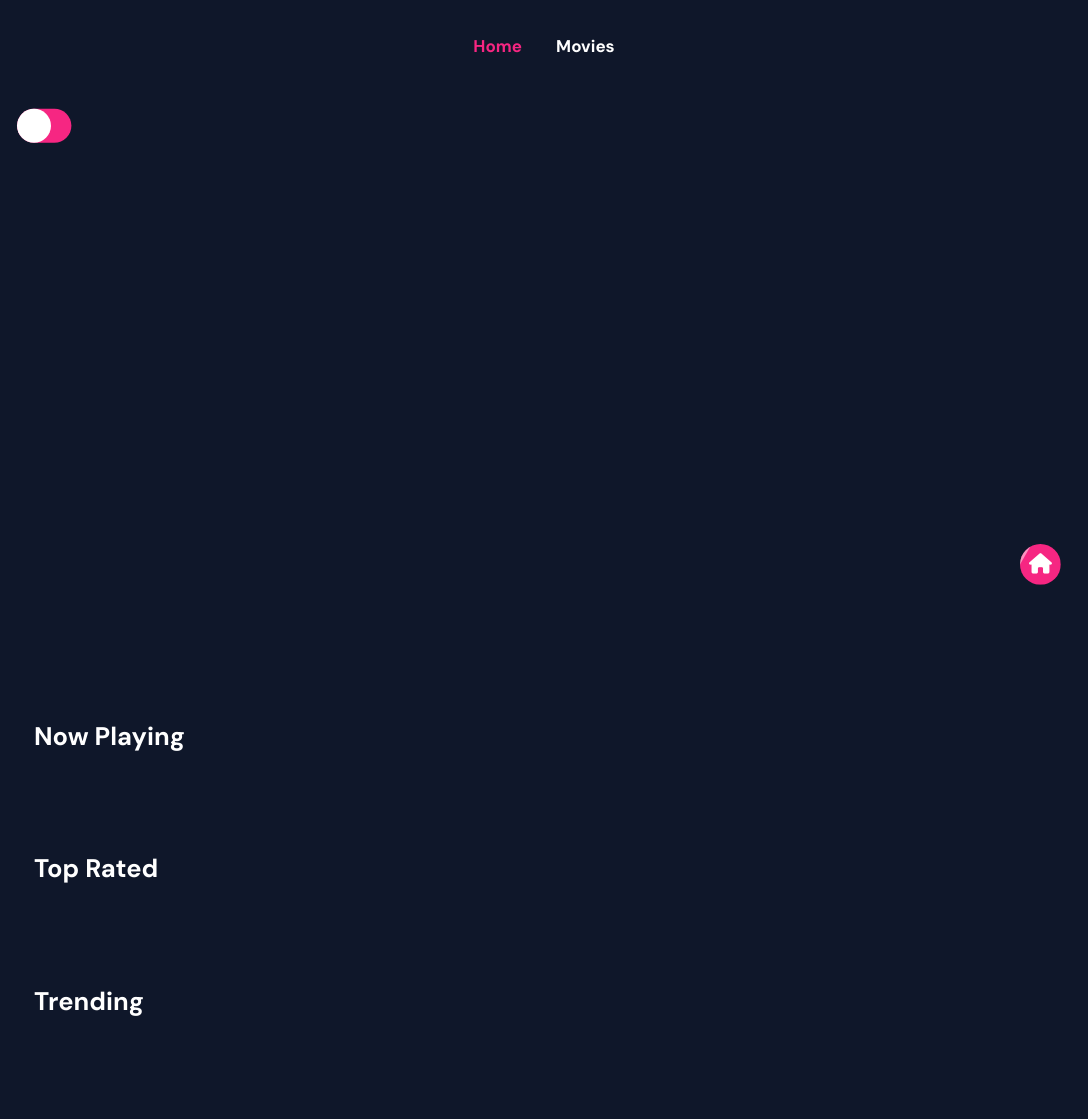
Repository: Linhyum/react-simple-movie
Page: /
The author's editor kept a copy of each file at every save. The page is drawn from the files as they stood at one save, then again after the next save.
The browser window is 1280 px wide. The pictures show the whole page, at 85% of full size.
The page's requests for data from a server got no answer. The project was rebuilt for these pictures with package versions that can differ from the ones it lists, and the page was loaded fresh each time. No one was signed in, and anything a server would have sent is missing. Also part of the build but not shown: src/components/button/Button.js, src/components/movie/MovieCard.js.

Above is the page before, as saved 2023-04-02 19:26:30.

### public/index.html
<!DOCTYPE html>
<html lang="en">
    <head>
        <meta charset="utf-8" />
        <link rel="icon" href="%PUBLIC_URL%/favicon.ico" />
        <meta name="viewport" content="width=device-width, initial-scale=1" />
        <meta name="theme-color" content="#000000" />
        <meta name="description" content="Web site created using create-react-app" />
        <link rel="apple-touch-icon" href="%PUBLIC_URL%/logo192.png" />
        <!--
      manifest.json provides metadata used when your web app is installed on a
      user's mobile device or desktop. See https://developers.google.com/web/fundamentals/web-app-manifest/
    -->
        <link rel="manifest" href="%PUBLIC_URL%/manifest.json" />
        <link
            rel="stylesheet"
            href="https://cdnjs.cloudflare.com/ajax/libs/font-awesome/6.4.0/css/all.min.css"
            integrity="sha512-iecdLmaskl7CVkqkXNQ/ZH/XLlvWZOJyj7Yy7tcenmpD1ypASozpmT/E0iPtmFIB46ZmdtAc9eNBvH0H/ZpiBw=="
            crossorigin="anonymous"
            referrerpolicy="no-referrer"
        />
        <!--
      Notice the use of %PUBLIC_URL% in the tags above.
      It will be replaced with the URL of the `public` folder during the build.
      Only files inside the `public` folder can be referenced from the HTML.

      Unlike "/favicon.ico" or "favicon.ico", "%PUBLIC_URL%/favicon.ico" will
      work correctly both with client-side routing and a non-root public URL.
      Learn how to configure a non-root public URL by running `npm run build`.
    -->
        <title>React App</title>
    </head>
    <body>
        <noscript>You need to enable JavaScript to run this app.</noscript>
        <div id="root"></div>
        <!--
      This HTML file is a template.
      If you open it directly in the browser, you will see an empty page.

      You can add webfonts, meta tags, or analytics to this file.
      The build step will place the bundled scripts into the <body> tag.

      To begin the development, run `npm start` or `yarn start`.
      To create a production bundle, use `npm run build` or `yarn build`.
    --></body>
</html>

### src/index.js
import React from "react";
import ReactDOM from "react-dom/client";
import "./index.scss";
import App from "./App";
import reportWebVitals from "./reportWebVitals";
import { BrowserRouter } from "react-router-dom";

const root = ReactDOM.createRoot(document.getElementById("root"));
root.render(
    <React.StrictMode>
        <BrowserRouter>
            <App />
        </BrowserRouter>
    </React.StrictMode>
);

// If you want to start measuring performance in your app, pass a function
// to log results (for example: reportWebVitals(console.log))
// or send to an analytics endpoint. Learn more: https://bit.ly/CRA-vitals
reportWebVitals();

### src/index.scss
@tailwind base;
@tailwind components;
@tailwind utilities;
@import url("https://fonts.googleapis.com/css2?family=DM+Sans:wght@400;500;700&display=swap");

@layer base {
    body {
        @apply bg-slate-900 font-body px-5 text-white;
    }

    .pagination {
        display: flex;
        align-items: center;
        justify-content: center;
        column-gap: 30px;
        font-size: 22px;
        font-weight: 500;
    }

    .pagination .active {
        @apply text-primary;
    }

    @media (max-width: 639px) {
        .moive-page {
            @apply grid-cols-1;
        }
    }

    :root {
        --swiper-theme-color: #f62682 !important;
        --swiper-pagination-bullet-inactive-color: #aaa !important;
        --swiper-pagination-bullet-inactive-opacity: 1;
    }
    .swiper-button-prev,
    .swiper-button-next {
        position: absolute !important;
        top: 50% !important;
        width: 60px !important;
        height: 60px !important;
        margin-top: -12.5px !important;
        z-index: 10 !important;
        cursor: pointer !important;
        border-radius: 50% !important;
        background: rgb(204, 204, 204, 0.7) !important;
        transition: all 0.3s ease !important;
        display: flex;
        justify-content: center !important;
        align-items: center !important;
        font-weight: 700 !important;
    }

    .swiper-button-prev {
        left: 0;
    }

    .swiper-button-next {
        right: 0;
    }

    .swiper-button-prev:hover,
    .swiper-button-next:hover {
        background: rgb(204, 204, 204) !important;
    }
    .movie-list .swiper-pagination {
        display: none;
    }

    @media (max-width: 1023px) {
        .banner .swiper-pagination {
            display: none !important;
        }
    }

    /* Tạo thanh cuộn */
    body::-webkit-scrollbar {
        width: 10px;
    }

    /* Tạo màu nền cho thanh cuộn */
    body::-webkit-scrollbar-track {
        background-color: #eee;
    }

    /* Tạo màu cho thanh cuộn */
    body::-webkit-scrollbar-thumb {
        background-color: #f62682;
        border-radius: 5px;
    }
    button {
        position: relative;
        overflow: hidden;
        transition: all 0.3s ease-in-out;
    }

    button:before {
        content: "";
        position: absolute;
        top: 0;
        left: -100%;
        width: 100%;
        height: 100%;
        background-color: rgba(255, 255, 255, 0.5);
        transform: skewX(-30deg);
        transition: all 0.3s ease-in-out;
    }

    button:hover:before {
        left: 0;
    }

    button:hover {
        @apply bg-blue-600;
    }
    button:hover div {
        @apply text-blue-600;
    }
    button div {
        transition: all 0.3s ease-in-out;
    }
}

@layer components {
    .page-container {
        max-width: 1200px;
        @apply mx-auto;
    }
    .movie-list .swiper-slide {
        width: 270px;
    }
    .banner .swiper {
        height: 100%;
    }
    .trailer iframe {
        width: 100%;
        height: 100%;
    }
}

### src/App.js
import { Route, Routes } from "react-router-dom";
import Main from "./components/layout/Main";
// import HomePage from "./pages/HomePage";
// import MovieDetailsPage from "./pages/MovieDetailsPage";
// import MoviePage from "./pages/MoviePage";
import { lazy, Suspense } from "react";

const HomePage = lazy(() => import("./pages/HomePage"));
const MoviePage = lazy(() => import("./pages/MoviePage"));
const MovieDetailsPage = lazy(() => import("./pages/MovieDetailsPage"));

function App() {
    return (
        <Suspense fallback={<></>}>
            <Routes>
                <Route element={<Main></Main>}>
                    <Route path="/" element={<HomePage></HomePage>}></Route>
                    <Route path="/movies" element={<MoviePage></MoviePage>}></Route>
                    <Route
                        path="/movies/:slug"
                        element={<MovieDetailsPage></MovieDetailsPage>}
                    ></Route>
                </Route>
            </Routes>
        </Suspense>
    );
}

export default App;

### src/components/layout/Main.js
import React from "react";
import Header from "./Header";
import { Outlet } from "react-router-dom";
const Main = () => {
    return (
        <>
            <Header></Header>
            <Outlet></Outlet>
        </>
    );
};

export default Main;

### src/pages/HomePage.js
import React from "react";
import Banner from "../components/banner/Banner";
import MovieList from "../components/movie/MovieList";

const HomePage = () => {
    return (
        <>
            <Banner></Banner>
            <section className="movies-layout page-container pb-20">
                <h2 className="capitalize  mb-10 text-3xl font-bold">Now playing</h2>
                <MovieList type={"now_playing"}></MovieList>
            </section>

            <section className="movies-layout page-container pb-20">
                <h2 className="capitalize  mb-10 text-3xl font-bold">Top Rated</h2>
                <MovieList type={"top_rated"}></MovieList>
            </section>

            <section className="movies-layout page-container pb-20">
                <h2 className="capitalize  mb-10 text-3xl font-bold">Trending</h2>
                <MovieList type={"popular"}></MovieList>
            </section>
        </>
    );
};

export default HomePage;

### src/components/layout/Header.js
import React, { useState } from "react";
import { NavLink } from "react-router-dom";

const Header = () => {
    const [dark, setDark] = useState(true);
    const active = ({ isActive }) => isActive && "text-primary";
    const handleClick = () => {
        window.scrollTo({ top: 0, behavior: "smooth" });
    };
    return (
        <>
            <header className="header text-xl font-semibold flex items-center justify-center gap-x-10  py-10 mb-5">
                <NavLink to={"/"} className={active}>
                    Home
                </NavLink>
                <NavLink to={"/movies"} className={active}>
                    Movies
                </NavLink>
            </header>
            <button
                className="fixed z-50 bottom-8 right-8  w-12 h-12 rounded-full bg-primary text-2xl"
                onClick={handleClick}
            >
                <i class="fa-solid fa-house"></i>
            </button>
            <div className="relative w-16 h-10 rounded-full bg-primary">
                <div className="absolute w-10 h-10 rounded-full bg-white left-0"></div>
            </div>
        </>
    );
};

export default Header;

### src/components/banner/Banner.js
import React from "react";
import useSWR from "swr";
import { SwiperSlide, Swiper } from "swiper/react";
import "swiper/scss";
import { fetcher, getImg, getMovieList } from "../../config";
import { useNavigate } from "react-router-dom";
import SwiperCore, { Navigation, Pagination, Autoplay } from "swiper";
import "swiper/swiper-bundle.css";
SwiperCore.use([Navigation, Pagination, Autoplay]);
const Banner = () => {
    const { data } = useSWR(getMovieList("upcoming"), fetcher);
    const banners = data?.results || [];
    return (
        <section className="banner h-[600px] page-container mb-20 ">
            <Swiper
                navigation={{ prevEl: ".swiper-button-prev", nextEl: ".swiper-button-next" }}
                autoplay={{ delay: 5000, disableOnInteraction: false }}
                pagination={{ clickable: true }}
                slidesPerView={1}
            >
                {banners.length > 0 &&
                    banners.map((item) => (
                        <SwiperSlide key={item.id}>
                            <BannerItem info={item}></BannerItem>
                        </SwiperSlide>
                    ))}
                <div className="swiper-button-prev"></div>
                <div className="swiper-button-next"></div>
            </Swiper>
        </section>
    );
};

const BannerItem = ({ info }) => {
    const navigate = useNavigate();
    return (
        <div className="w-full h-full rounded-lg relative text-white">
            <div className="overlay absolute inset-0 bg-gradient-to-t from-[rgba(0,0,0,0.7)] to-[rgba(0,0,0,0.2)] rounded-lg"></div>
            <img
                src={getImg(info.poster_path)}
                alt=""
                className="w-full h-full object-cover rounded-lg"
            />
            <div className="absolute left-5 bottom-5 w-full ">
                <h2 className="font-bold text-3xl mb-5">{info.title}</h2>
                <div className="flex items-center gap-x-3 mb-8">
                    <span className="cursor-pointer py-2 px-4 border border-white rounded-md">
                        Adventure
                    </span>
                    <span className="cursor-pointer py-2 px-4 border border-white rounded-md">
                        Adventure
                    </span>
                    <span className="cursor-pointer py-2 px-4 border border-white rounded-md">
                        Adventure
                    </span>
                </div>
                <button
                    onClick={() => navigate(`/movies/${info.id}`)}
                    className="py-3 flex items-center justify-center gap-x-3 px-6 rounded-lg bg-primary text-xl  font-bold"
                >
                    <span>Watch Now</span>
                    <div className="w-10 h-10 rounded-full bg-white text-primary flex items-center justify-center">
                        <i class="fa-solid fa-play"></i>
                    </div>
                </button>
            </div>
        </div>
    );
};

export default Banner;

### src/components/movie/MovieList.js
import React from "react";
import { SwiperSlide, Swiper } from "swiper/react";
import "swiper/scss";
import useSWR from "swr";
import { fetcher, getMovieList } from "../../config";
import MovieCard from "./MovieCard";
import SwiperCore, { Navigation, Pagination, Autoplay } from "swiper";
import "swiper/swiper-bundle.css";
SwiperCore.use([Navigation, Pagination, Autoplay]);
//https://api.themoviedb.org/3/movie/now_playing?api_key=<<api_key>>
//https://api.themoviedb.org/3/movie/popular?api_key=<<api_key>>
//https://api.themoviedb.org/3/movie/top_rated?api_key=<<api_key>>
let slidesPerView = 0;
const MovieList = ({ type }) => {
    const { data } = useSWR(getMovieList(type), fetcher);
    const movies = data?.results || [];
    return (
        <div className="movie-list">
            <Swiper
                navigation={{ prevEl: ".swiper-button-prev", nextEl: ".swiper-button-next" }}
                spaceBetween={30}
                slidesPerView={slidesPerView}
                grabCursor={true}
                breakpoints={{
                    0: {
                        slidesPerView: 1,
                        spaceBetween: 0,
                    },
                    640: {
                        slidesPerView: 2,
                        spaceBetween: 20,
                    },
                    768: {
                        slidesPerView: 3,
                        spaceBetween: 20,
                    },
                    1024: {
                        slidesPerView: 4,
                        spaceBetween: 30,
                    },
                    1280: {
                        slidesPerView: 4,
                        spaceBetween: 30,
                    },
                    1536: {
                        slidesPerView: 5,
                        spaceBetween: 40,
                    },
                }}
            >
                {movies.length > 0 &&
                    movies.map((item) => (
                        <SwiperSlide key={item.id}>
                            <MovieCard info={item}></MovieCard>
                        </SwiperSlide>
                    ))}
                <div className="swiper-button-prev"></div>
                <div className="swiper-button-next"></div>
            </Swiper>
        </div>
    );
};

export default MovieList;

### src/config.js
const fetcher = (...args) => fetch(...args).then((res) => res.json());
const getMovieList = (type1 = "", type2 = "", type3 = "") =>
    `https://api.themoviedb.org/3${type3}/movie/${type1}${type2}?api_key=9e4dcf244e30611641c2a44c752a2353`;
const getImg = (type) => `https://image.tmdb.org/t/p/original${type}`;
export { fetcher, getMovieList, getImg };

### tailwind.config.js
/** @type {import('tailwindcss').Config} */
module.exports = {
    content: ["./src/**/*.{js,jsx,ts,tsx}"],
    theme: {
        extend: {
            fontFamily: {
                body: ["DM Sans", "sans-serif"],
            },
            colors: {
                primary: "#f62682",
            },
        },
    },
    plugins: [],
};

Loaded but not shown: src/reportWebVitals.js (common file)

After the next save:
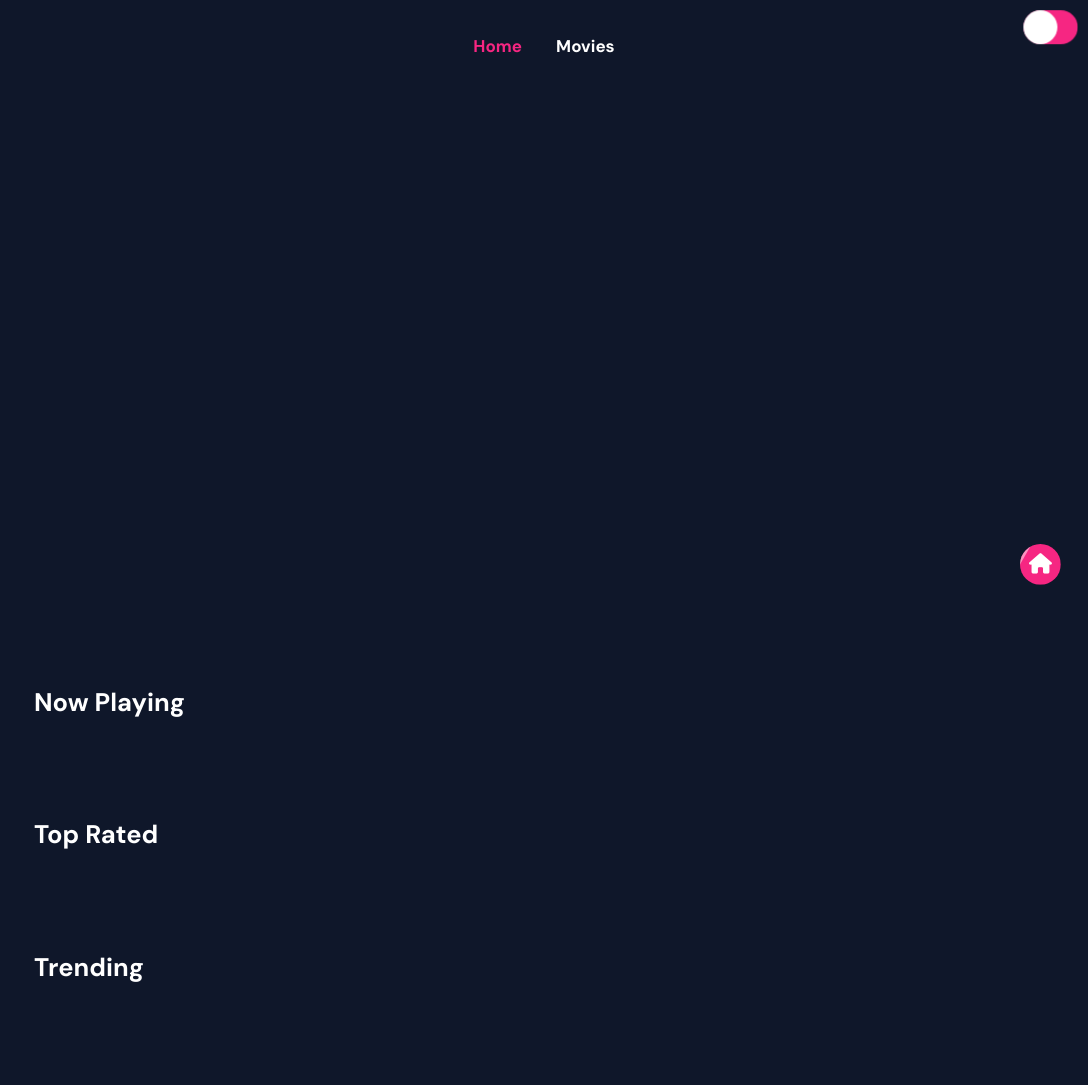
Saved 24 s later.
--- a/src/components/layout/Header.js
+++ b/src/components/layout/Header.js
@@ -23,8 +23,10 @@ const Header = () => {
             >
                 <i class="fa-solid fa-house"></i>
             </button>
-            <div className="relative w-16 h-10 rounded-full bg-primary">
-                <div className="absolute w-10 h-10 rounded-full bg-white left-0"></div>
+            <div className="fixed top-3 right-3">
+                <div className="relative w-16 h-10 rounded-full bg-primary">
+                    <div className="absolute w-10 h-10 rounded-full bg-white left-0"></div>
+                </div>
             </div>
         </>
     );
